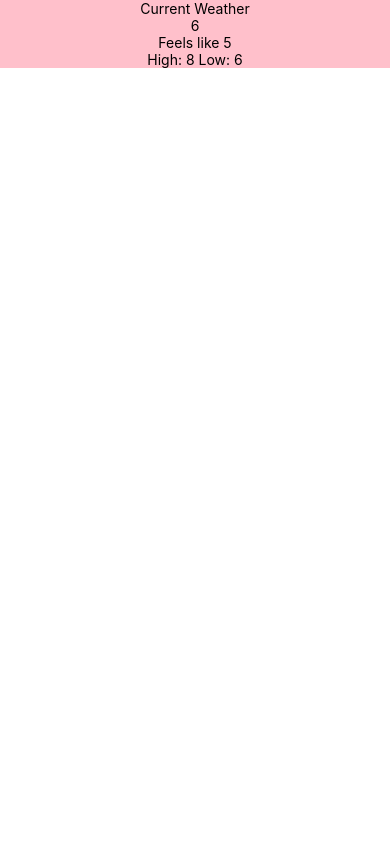
Repository: akinmiday/fcc
Screen: / (app in WeatherApp/)
An editor plug-in stored every save of this project. The screen is shown before and after the next save, followed by the edit.
The app was drawn by React Native's web renderer in a window 390 px wide. The project was rebuilt for these pictures with package versions that can differ from the ones it lists, and the page was loaded fresh each time.

Above is the screen before, as saved 2023-07-18 07:00:54.

After the next save:
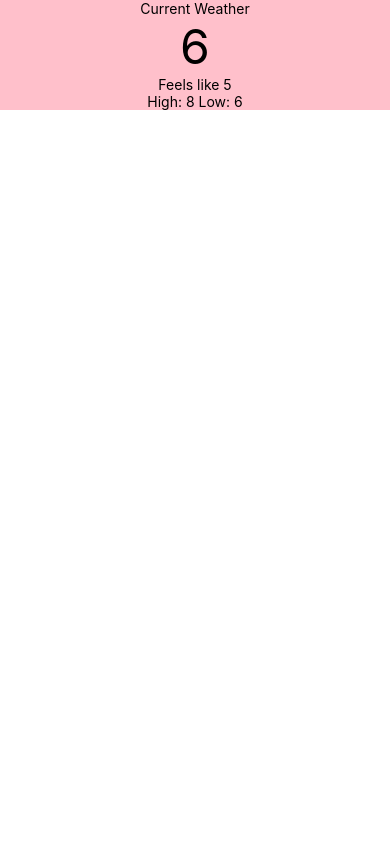
Saved 24 s later.
--- a/WeatherApp/App.js
+++ b/WeatherApp/App.js
@@ -6,7 +6,7 @@ const App = () =>{
    <SafeAreaView style={styles.wrapper} >
      <View style={styles.container} >
       <Text>Current Weather</Text>
-      <Text>6</Text>
+      <Text style={styles.temp} >6</Text>
       <Text>Feels like 5</Text>
       <Text>High: 8 Low: 6</Text>
     </View>
